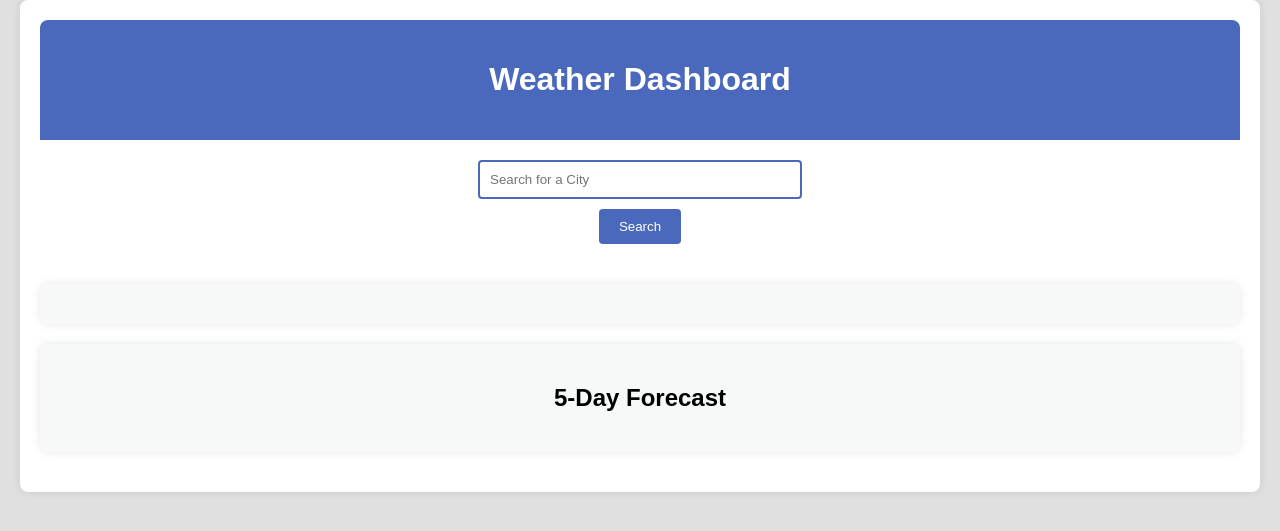
Repository: PaigeC001/WeatherOutlookTracker
Page: WeatherOutlookTracker/index.html
An editor plug-in stored every save of this project. The page is shown before and after the next save, followed by the edit.
The browser window is 1280 px wide. The pictures show the whole page.

Above is the page before, as saved 2024-07-16 06:31:10.

After the next save:
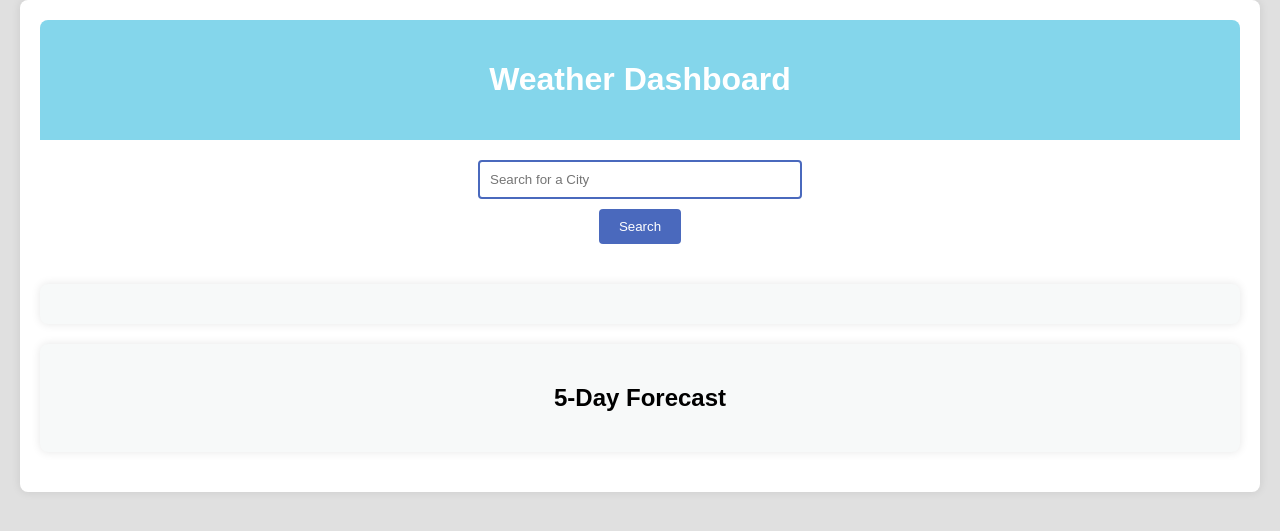
Saved 2 min 24 s later.
--- a/WeatherOutlookTracker/styles.css
+++ b/WeatherOutlookTracker/styles.css
@@ -15,10 +15,9 @@ body {
     box-shadow: 0 0 10px rgba(0, 0, 0, 0.1);
 }
 
-
 header { /* Updated color scheme */
     text-align: center;
-    background: #4a69bd;
+    background: #84d6eb;
     color: white;
     padding: 20px;
     border-radius: 8px 8px 0 0;
